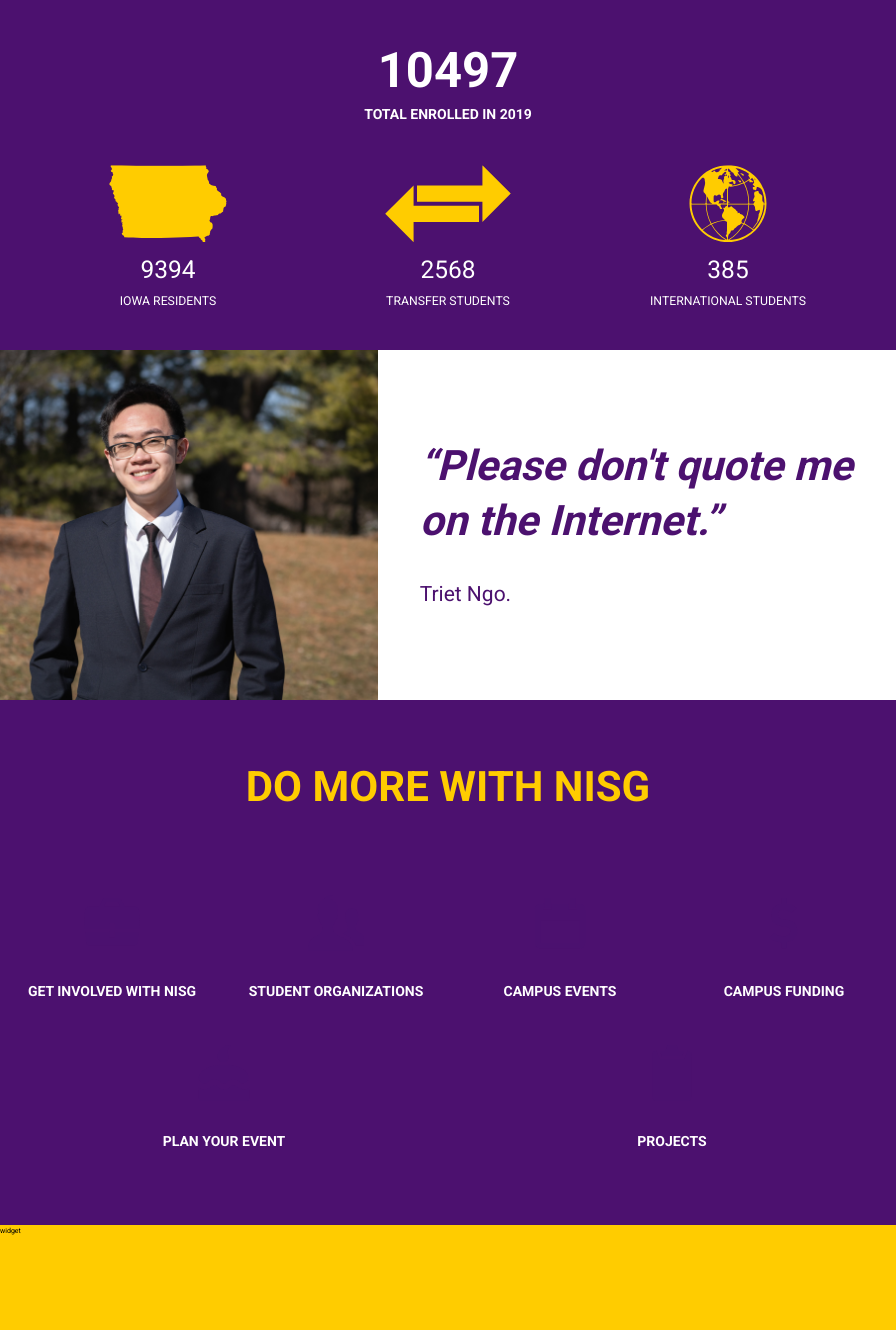
Repository: trietngo/nisg
Page: index.html
An editor plug-in stored every save of this project. The page is shown before and after a run of saves, followed by the edit.
The browser window is 1280 px wide. The pictures show the part of the page from y = 720 to 2620 px (the page is 3270 px tall), at 70% of full size.
Some web fonts or font styles are not loaded; a fallback is used. The style sheet was rebuilt from its Sass, Less or Tailwind sources for each picture, by a compiler version that may differ from the author's.

Above is the page before, as saved 2020-08-29 15:11:07.

### index.html
<!DOCTYPE html>
<html lang="en">
    <head>
        <meta charset="UTF-8">
        <meta name="viewport" content="width=device-width, initial-scale=1.0">

        <link href="https://fonts.googleapis.com/css2?family=Roboto:wght@100;300;400;500;700;900&display=swap" rel="stylesheet">
        <link href="https://fonts.googleapis.com/css2?family=Sedgwick+Ave&display=swap" rel="stylesheet">
        <link href="https://fonts.googleapis.com/css2?family=Sriracha&display=swap" rel="stylesheet">

        <link rel="stylesheet" href="css/style.css">

        <title>Proposed NISG Website</title>
    </head>

    <body>

        <header class="header">
            <div class="header__upper">
                <div class="header__container--left">
                    <img class="header__logo" src="img/New NISG Logo - White-01.png" alt="NISG Logo">
                    <div class="header__title">Northern Iowa Student Government</div>
                </div>

                <div class="header__container--right">
                    <a href="https://uni.edu" class="header__external">VISIT UNI WEBSITE</a>

                    <input type="text" name="" class="header__searchbar" id="" placeholder="Search NISG">
                    <ul class="header__nav">
                        <li><a class="header__link" href="#">News</a></li>
                        <li><a class="header__link" href="#">Resources</a></li>
                        <li><a class="header__link" href="#">Services</a></li>
                        <li><a class="header__link" href="#">Applications</a></li>
                        <li><a class="header__link" href="#">Student Organizations</a></li>
                        <li><a class="header__link" href="#">About</a></li>
                        <li><a class="header__link btn header__contact" href="#">Contact Us</a></li>
                    </ul>
                </div>
            </div>

            <div class="header__lower">

                <video class="header__video" autoplay muted loop>
                    <source src="img/Website.mp4" type="video/mp4">
                </video>

                <div class="header__overlay">
                    <p class="header__overlay--title">BY UNI STUDENTS.<br>FOR UNI STUDENTS.</p>
                    <p class="header__overlay--subtitle">Serving UNI students is NISG's top priority.</p>
                    <a href="#" class="header__overlay--about btn">About NISG</a>
                </div>

            </div>

        </header>

        <main>

            <section id="enroll">
                <div class="enrollment">
                    <div class="enrollment__total">
                        <div class="enrollment__total--title counter" title="10497">
                            0
                        </div>

                        <div class="enrollment__total--subtitle">TOTAL ENROLLED IN 2019</div>

                    </div>

                    <div class="enrollment__breakdown">
                        <div class="enrollment__category">
                            <img class="enrollment__category--icon" src="img/iowa-icon.svg" alt="Iowa icon">
                            <p class="enrollment__category--title counter" title="9394">0</p>
                            <p class="enrollment__category--subtitle">IOWA RESIDENTS</p>
                        </div>
                        <div class="enrollment__category">
                            <img class="enrollment__category--icon" src="img/transfer-icon.svg" alt="Transfer icon">
                            <p class="enrollment__category--title counter" title="2568">0</p>
                            <p class="enrollment__category--subtitle">TRANSFER STUDENTS</p>
                        </div>
                        <div class="enrollment__category">
                            <img class="enrollment__category--icon" src="img/globe-icon.svg" alt="Globe icon">
                            <p class="enrollment__category--title counter" title="385">0</p>
                            <p class="enrollment__category--subtitle">INTERNATIONAL STUDENTS</p>
                        </div>
                    </div>
                </div>
            </section>

            <section id="quotes">
                <div class="testimonials">

                    <img class="testimonials__img" src="img/Triet.jpg" alt="">

                    <div class="testimonials__quote">
                        <p class="quote">&ldquo;Please don't quote me on the Internet.&rdquo;</p>

                        <p class="subquote">Triet Ngo.</p>
                    </div>

                </div>
            </section>

            <section id="services">
                <div class="selection">

                    <div class="selection__title">
                        DO MORE WITH NISG
                    </div>

                    <div class="selection__wrapper">
                        <a href="#" class="selection__link">
                            <div class="selection__items">
                                <img class="selection__icon" src="img/SVG/briefcase.svg" alt="holding-hands">
                                <p class="selection__details">GET INVOLVED WITH NISG</p>
                            </div>
                        </a>

                        <a href="#" class="selection__link">
                            <div class="selection__items">
                                <img class="selection__icon" src="img/SVG/users.svg" alt="holding-hands">
                                <p class="selection__details">STUDENT ORGANIZATIONS</p>
                            </div>
                        </a>

                        <a href="#" class="selection__link">
                            <div class="selection__items">
                                <img class="selection__icon" src="img/SVG/calendar.svg" alt="holding-hands">
                                <p class="selection__details">CAMPUS EVENTS</p>
                            </div>
                        </a>

                        <a href="#" class="selection__link">
                            <div class="selection__items">
                                <img class="selection__icon" src="img/SVG/credit.svg" alt="holding-hands">
                                <p class="selection__details">CAMPUS FUNDING</p>
                            </div>
                        </a>

                        <a href="#" class="selection__link">
                            <div class="selection__items">
                                <img class="selection__icon" src="img/SVG/cake.svg" alt="holding-hands">
                                <p class="selection__details">PLAN YOUR EVENT</p>
                            </div>
                        </a>

                        <a href="#" class="selection__link">
                            <div class="selection__items">
                                <img class="selection__icon" src="img/SVG/clipboard.svg" alt="holding-hands">
                                <p class="selection__details">PROJECTS</p>
                            </div>
                        </a>
                    </div>
                </div>
            </section>

            <section id="news">
                <div class="widget">
                    widget
                </div>
            </section>

        </main>

        <footer class="footer">
            footer
        </footer>

        <script src="script.js"></script>
    </body>
</html>

### script.js
const counters = document.querySelectorAll(".counter"); // Select all elements with "counter" class
const speed = 200;

counters.forEach(counter => {

    const updateCount = () => {
        const target = +counter.getAttribute('title'); // Total
        let count = +counter.innerText; // Current count

        const inc = Math.floor(target / speed); //increment

        if (count < target) {
            counter.innerText = count + inc;

            if (counter.innerText.length)

            setTimeout(updateCount, 1);
        } else {
            counter.innerText = target;
        }

    }
    updateCount();
});

### sass/main.scss
@import "abstract/variables";

@import "base/base";
@import "base/typography";

@import "components/button";

@import "layout/enrollment";
@import "layout/footer";
@import "layout/header";
@import "layout/news";
@import "layout/services";
@import "layout/testimonials";

### sass/abstract/_variables.scss
// COLORS

$color-primary: #4c116f;
$color-secondary: #ffcc00;
$color-tertiary: #ffffff;

### sass/base/_typography.scss
body {
    font-family: 'Roboto', sans-serif;
    font-weight: 400;
    line-height: 1.7;
}

.header__searchbar {
    font-family: 'Roboto', sans-serif;
    font-weight: 400;
    font-size: 1.5rem;
}

.header__overlay {

    &--title {
        font-family: 'Roboto', sans-serif;
        font-weight: 700;
        font-size: 6rem;
        line-height: 1.2;
    }

    &--subtitle {
        font-size: 1.75rem;
    }

    &--about {
        font-size: 2.5rem;
        font-weight: 700;
    }
}

### sass/components/_button.scss
.btn {
    color: $color-secondary !important;
    border: .2rem solid $color-secondary;
    border-radius: 1.5rem;
    padding: 1rem 2rem !important;
    transition: all .3s;
    text-decoration: none;

    &:hover {
        color: $color-primary !important;
        border-color: none;
        background-color: $color-secondary;
        transition: all .3s;
    }
}

### sass/layout/_enrollment.scss
.enrollment {
    background-color: $color-primary;
    height: 50rem;
    display: flex;
    flex-direction: column;
    align-items: center;
    justify-content: space-evenly;
    color: $color-tertiary;
    position: relative;

    @media screen and (max-width: 702px) {
        height: 70rem;
    }

    @media screen and (max-width: 515px) {
        height: 100rem;
    }

    &__total {
        text-align: center;
        font-weight: 700;

        &--title {
            font-size: 7rem;
            line-height: 1.3;
        }

        &--subtitle {
            font-size: 2rem;
        }

    }

    &__breakdown {
        display: flex;
        flex-wrap: wrap;
        align-items: flex-end;

        @media screen and (max-width: 515px) {
            flex-direction: column;
        }
    }

    &__category {
        flex: 1;
        display: flex;
        flex-direction: column;
        width: 40rem;

        @media screen and (max-width: 515px) {
            padding: 2rem;
        }

        &--icon {
            height: 12rem;
            padding-bottom: 1rem;
        }

        &--title {
            font-size: 3.5rem;
            text-align: center;
        }

        &--subtitle {
            font-size: 1.75rem;
            text-align: center;
            white-space: nowrap;
        }
    }
}

### sass/layout/_footer.scss
.footer {
    height: 30rem;
    background-color: $color-tertiary;
}

### sass/layout/_header.scss
.header {

    display: flex;
    flex-direction: column;
    height: 100vh;

    &__container--left {
        flex: 1;
        padding: 3rem 7rem;
    }

    &__container--right {
        flex: 3;
        display: flex;
        flex-direction: column;
        align-items: flex-end;
        justify-content: space-between;
        padding-bottom: 3rem;
    }

    &__upper {
        background-color: $color-primary;
        flex: 0 1 22.5rem;
        display: flex;
        flex-wrap: wrap;
    }

    &__logo {
        height: 15rem;
    }

    &__title {
        font-size: 2rem;
        font-weight: 700;
        color: $color-tertiary;
        white-space: nowrap;
    }

    &__link {
        text-decoration: none;
        font-size: 2rem;
        font-weight: 700;
        color: $color-tertiary;
        padding: 0 3.5rem;
        transition: all .3s;
        white-space: nowrap;

        &:hover {
            color: $color-secondary;
            transition: all .3s;
        }
    }

    &__nav {
        list-style-type: none;
        display: flex;
        padding-right: 6rem;
        align-content: center;
        flex-wrap: wrap;
    }


    &__external {
        display: inline;
        background-color: $color-secondary;
        padding: 2rem 5rem;
        clip-path: polygon(0 0, 100% 0, 100% 100%, 15% 100%);
        text-decoration: none;
        font-size: 2rem;
        font-weight: 700;
    }

    &__video {
        width: 100%;
        height: 100%;
        object-fit: cover;
        opacity: 0.5;
        overflow: hidden;
        position: absolute;
    }

    &__searchbar {
        border: none;
        padding: 1rem;
        padding-right: 2rem;
        padding-left: 6rem;
        text-align: right;
        border-radius: 2rem;
        margin-right: 6rem;

        &:focus {
            outline: none;
        }
    }

    &__contact {
        margin-left: 2.5rem;
    }

    //OVERLAY

    &__lower {
        background-color: $color-primary;
        flex: 1 0 40rem;
        position: relative;
    }

    &__overlay {
        height: 100%;
        width: 100%;
        display: flex;
        flex-direction: column;
        align-items: center;
        justify-content: center;
        color: $color-secondary;

        position: absolute;

        &--title {
            margin: 2rem;
            text-align: center;
        }

        &--about {
            display: inline-block;
            margin: 4rem;
        }
    }
}

### sass/layout/_news.scss
.widget {
    height: 50rem;
    background-color: $color-secondary;
}

### sass/layout/_services.scss
.selection {
    height: 50rem;
    background-color: $color-primary;
    display: flex;
    flex-direction: column;
    justify-content: space-evenly;
    align-items: center;

    @media screen and (max-width: 1816px) {
        height: 75rem;
    }

    @media screen and (max-width: 916px) {
        height: 100rem;
    }

    @media screen and (max-width: 616px) {
        height: 175rem;
    }

    &__title {
        color: $color-secondary;
        font-size: 6rem;
        font-weight: 700;
        text-align: center;
    }

    &__wrapper {
        display: flex;
        justify-items: flex-start;
        flex-wrap: wrap;
    }

    &__items {
        display: flex;
        flex-direction: column;
        width: 30rem;
        flex: 1;
        margin: 3rem 0;

    }

    &__icon {
        height: 8rem;
        margin-bottom: 4rem;
    }

    &__link {
        text-decoration: none;
        color: $color-tertiary;
        font-size: 2rem;
        font-weight: 700;
        display: flex;
        flex: 1;
        transition: all .3s;

        &:hover {
            transform: scale(1.2);
            transition: all .3s;
        }

        &:active {
            transform: scale(1.1);
        }
    }

    &__details {
        text-align: center;
    }
}

### sass/layout/_testimonials.scss
.testimonials {
    height: 50rem;
    background-color: $color-tertiary;
    display: flex;
    flex-wrap: wrap;

    @media screen and (max-width: 702px) {
        flex-direction: column;
        height: 80rem;
    }

    &__img {
        flex: 1;
        height: 100%;
        object-fit: cover;
        overflow: hidden;

        @media screen and (max-width: 702px) {
            width: 100%;
            flex: 2;
        }
    }

    &__quote {
        flex: 1.15;
        padding: 6rem;
        color: $color-primary;
        display: flex;
        flex-direction: column;
        justify-content: center;

        @media screen and (max-width: 702px) {
            flex: 1;
        }
    }

}

.quote {
    font-size: 6rem;
    font-weight: 700;
    font-style: italic;
    line-height: 1.3;
    margin: 2rem 0;
}

.subquote {
    font-size: 3rem;
    margin: 2rem 0;
}

Loaded but not shown: sass/base/_base.scss (common file)

After the next 2 saves:
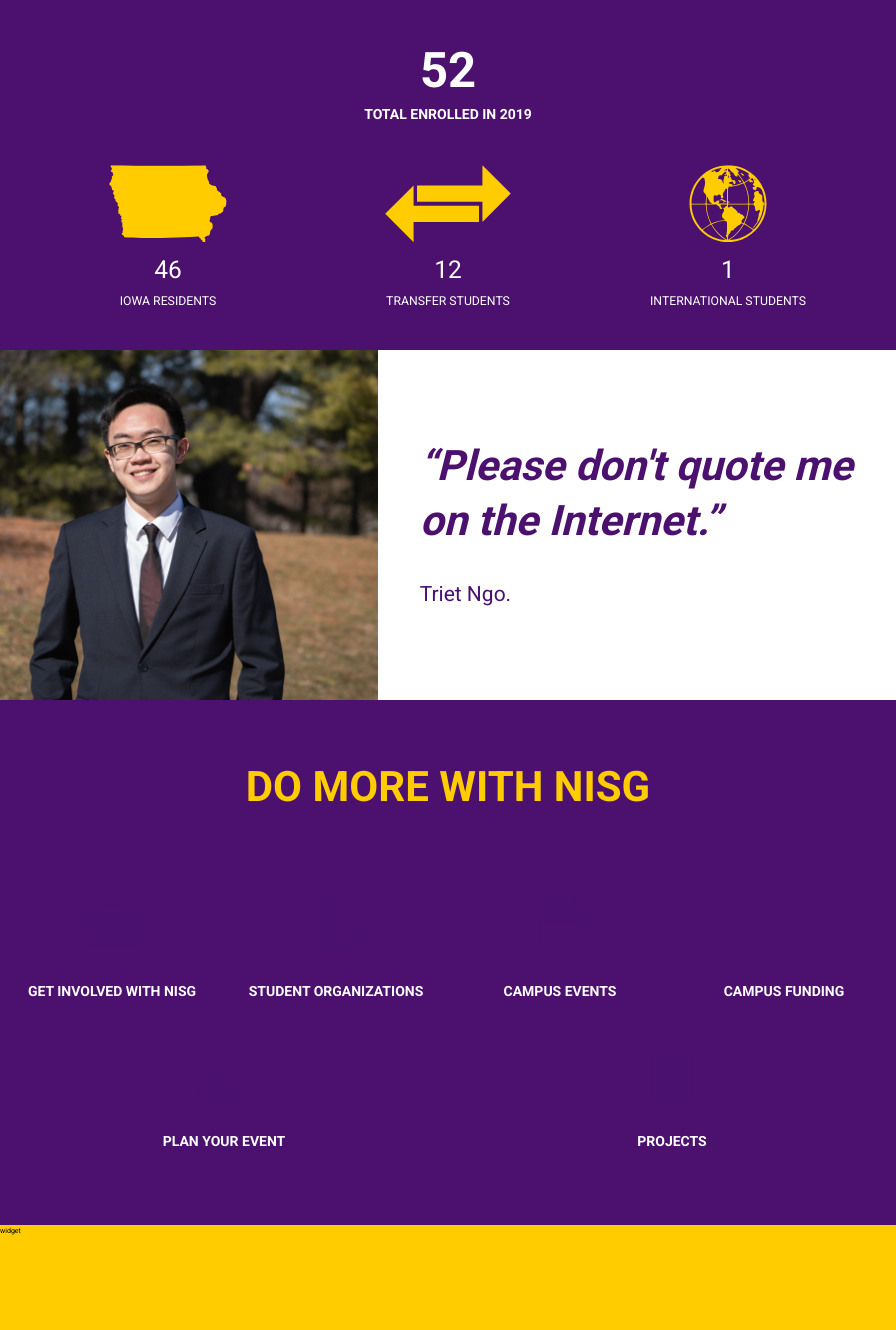
The 2 saves are shown as one change because they came seconds apart.
The last was saved 9 s later.
--- a/script.js
+++ b/script.js
@@ -12,7 +12,7 @@
         if (count < target) {
             counter.innerText = count + inc;
 
-            if (counter.innerText.length)
+            if (counter.innerText.length > 3)
 
             setTimeout(updateCount, 1);
         } else {

After the save that followed:
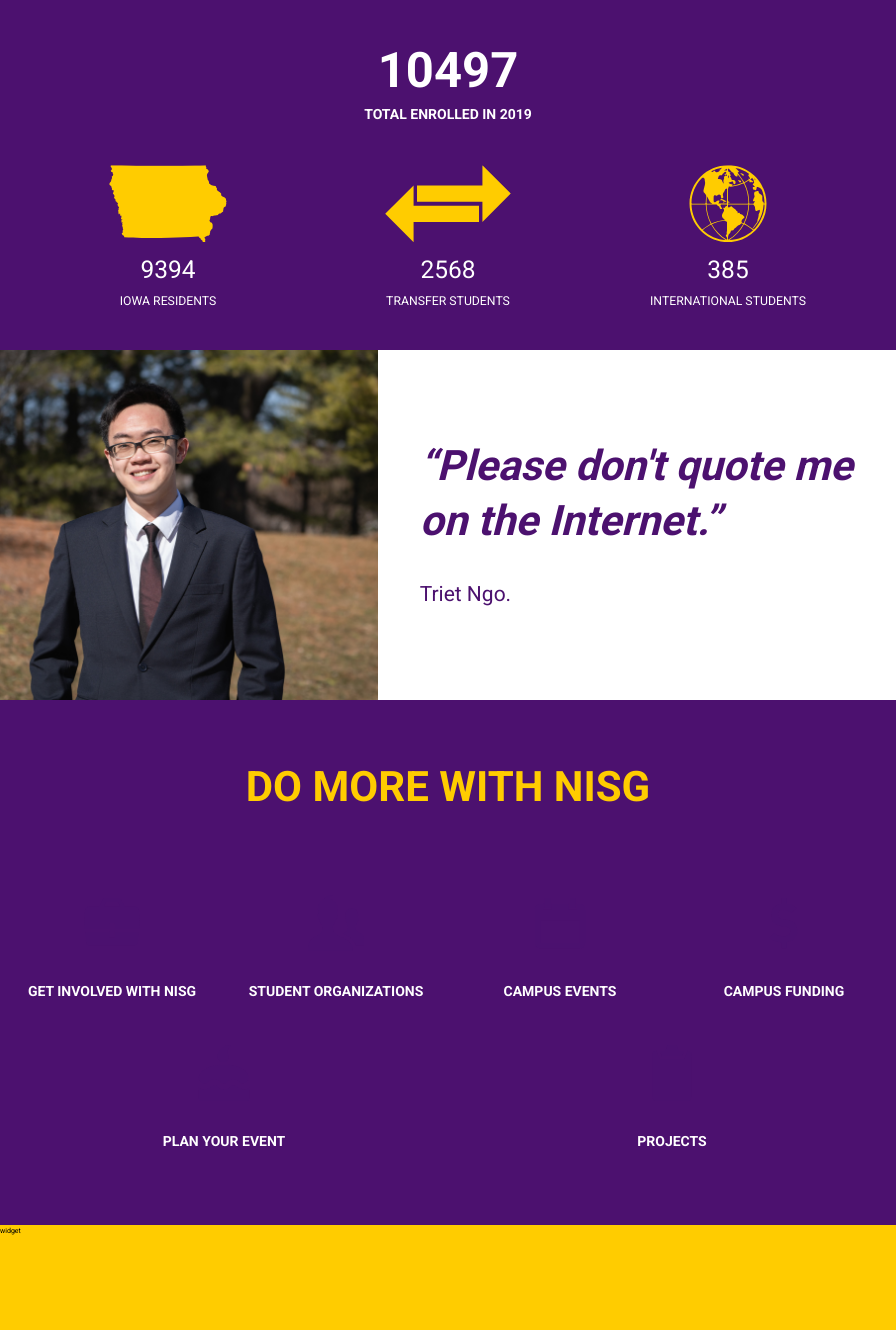
Saved 4 s later.
--- a/script.js
+++ b/script.js
@@ -12,7 +12,7 @@
         if (count < target) {
             counter.innerText = count + inc;
 
-            if (counter.innerText.length > 3)
+
 
             setTimeout(updateCount, 1);
         } else {
